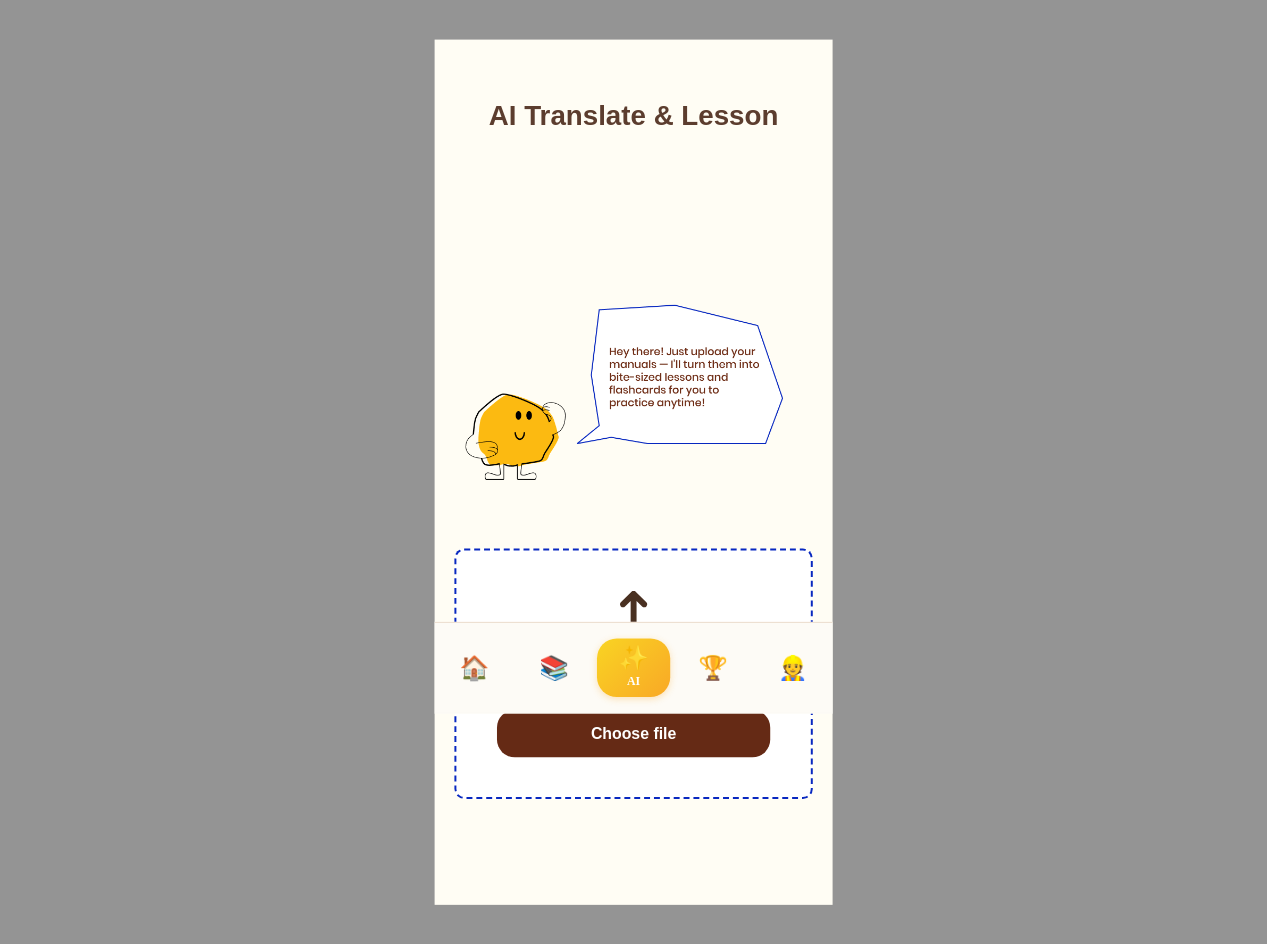
Repository: richelletiongson/Jargon_FrontendShowcase
Page: / (app in jargon_frontend/)
The author's editor kept a copy of each file at every save. The page is drawn from the files as they stood at one save, then again after the next save.
The browser window is 1280 px wide. The pictures show the whole page, at 99% of full size.
The project was rebuilt for these pictures with package versions that can differ from the ones it lists, and the page was loaded fresh each time. Also part of the build but not shown: jargon_frontend/vite.config.js, jargon_frontend/src/index.css, jargon_frontend/src/home_pages/Home.jsx, jargon_frontend/src/course_pages/Course.jsx, jargon_frontend/src/charts_pages/Charts.jsx, jargon_frontend/src/profile_pages/Profile.jsx.

Above is the page before, as saved 2025-10-22 15:34:38.

### jargon_frontend/index.html
<!doctype html>
<html lang="en">
  <head>
    <meta charset="UTF-8" />
    <link rel="icon" type="image/svg+xml" href="/vite.svg" />
    <meta name="viewport" content="width=device-width, initial-scale=1.0" />
    <title>jargon_frontend</title>
  </head>
  <body>
    <div id="root"></div>
    <script type="module" src="/src/main.jsx"></script>
  </body>
</html>

### jargon_frontend/src/App.jsx
import './App.css'
import NavBar from "./components/NavBar";
import { BrowserRouter, Routes, Route } from "react-router-dom";
import Home from "./home_pages/Home";
import Course from "./course_pages/Course";
import AI from "./ai_pages/AI";
import Charts from "./charts_pages/Charts";
import Profile from "./profile_pages/Profile";

function App() {
  return (
    <BrowserRouter>
            <div className='page'>
                <main className='main-content'>
                    <Routes>
                        <Route
                            path='/'
                            element={<AI />}
                        />
                        <Route
                            path='/home'
                            element={<Home />}
                        />
                        <Route
                            path='/course'
                            element={<Course />}
                        />
                        <Route
                            path='/ai'
                            element={<AI />}
                        />
                        <Route
                            path='/charts'
                            element={<Charts />}
                        />
                        <Route
                            path='/profile'
                            element={<Profile />}
                        />

                    </Routes>
                </main>
                <NavBar />
            </div>
        </BrowserRouter>
  )
}

export default App

### jargon_frontend/src/App.css
* {
  padding: 0;
  margin: 0;
}
main {
  background-color: #949494;
  padding: 0 0 80px 0;
}

### jargon_frontend/src/components/NavBar.jsx
import React from 'react';
import { Link, useLocation } from 'react-router-dom';
import './NavBar.css';

const NavBar = () => {
  const location = useLocation();

  return (
    <div className="bottom-nav">
      <Link to="/home" className={`nav-item ${location.pathname === '/home' ? 'active' : ''}`}>
        <div className="nav-icon">🏠</div>
      </Link>
      <Link to="/course" className={`nav-item ${location.pathname === '/course' ? 'active' : ''}`}>
        <div className="nav-icon">📚</div>
      </Link>
      <Link to="/" className={`nav-item ${location.pathname === '/' ? 'active' : ''}`}>
        <div className="nav-icon">✨</div>
        <span className="nav-text">AI</span>
      </Link>
      <Link to="/charts" className={`nav-item ${location.pathname === '/charts' ? 'active' : ''}`}>
        <div className="nav-icon">🏆</div>
      </Link>
      <Link to="/profile" className={`nav-item ${location.pathname === '/profile' ? 'active' : ''}`}>
        <div className="nav-icon">👷</div>
      </Link>
    </div>
  );
};

export default NavBar;

### jargon_frontend/src/ai_pages/AI.jsx
import React, { useState } from 'react';
import './AI.css';
import UploadIcon from '../assets/Upload_Icon.svg';
import RockyImage from '../assets/AI_Rocky.PNG';

const AI = () => {
  const [selectedFile, setSelectedFile] = useState(null);

  const handleFileChange = (event) => {
    const file = event.target.files[0];
    if (file) {
      setSelectedFile(file);
    }
  };

  return (
    <div className="ai-page">
              <h1 className="page-title">AI Translate & Lesson</h1>
      {/* Main Content */}
      <div className="main-content">
        <div className='rocky-container'>
          <img src={RockyImage} alt="Rocky" className="rocky-image" />
        </div>
        <div className="file-upload-container">
          <div className="file-upload-area">
            <img src={UploadIcon} alt="Upload" className="upload-icon" />
            <p className="upload-text">Upload your PDF file (max 50 MB)</p>
            <input
              type="file"
              id="file-input"
              accept=".pdf"
              onChange={handleFileChange}
              style={{ display: 'none' }}
            />
            <label htmlFor="file-input" className="choose-file-btn">
              Choose file
            </label>
            {selectedFile && (
              <p className="selected-file">Selected: {selectedFile.name}</p>
            )}
          </div>
        </div>
      </div>

    </div>
  );
};

export default AI;

### jargon_frontend/src/components/NavBar.css
/* Bottom Navigation Styles */
.bottom-nav {
  display: flex;
  justify-content: space-around;
  align-items: center;
  background-color: #FDFBF6;
  padding: 16px 0;
  width: 402px;
  border-top: 1px solid #E8D5C4;
  position: fixed;
  bottom: 0;
  left: 50%;
  transform: translateX(-50%);
  z-index: 100;
}

.nav-item {
  display: flex;
  flex-direction: column;
  align-items: center;
  gap: 4px;
  padding: 8px 12px;
  border-radius: 20px;
  transition: all 0.3s ease;
  cursor: pointer;
  min-width: 50px;
  text-decoration: none;
  color: inherit;
}

.nav-item:hover {
  background-color: #F5F0E8;
}

.nav-item.active {
  background: linear-gradient(135deg, #F9D423 0%, #F9A826 100%);
  color: white;
  box-shadow: 0 2px 8px rgba(249, 164, 38, 0.3);
}

.nav-icon {
  font-size: 24px;
  line-height: 1;
}

.nav-text {
  font-size: 12px;
  font-weight: 600;
  color: inherit;
}

.nav-item:not(.active) .nav-icon {
  color: #5C3D2E;
}

/* Responsive Design */
@media (max-width: 480px) {
  .nav-icon {
    font-size: 20px;
  }

  .nav-text {
    font-size: 10px;
  }
}

### jargon_frontend/src/home_pages/Home.css
/* Home Page Styles */
.home-page {
  min-height: 100vh;
  background-color: #FDFBF6;
  display: flex;
  flex-direction: column;
  font-family: -apple-system, BlinkMacSystemFont, 'Segoe UI', 'Roboto', sans-serif;
}

.status-bar {
  display: flex;
  justify-content: space-between;
  align-items: center;
  padding: 12px 20px;
  background-color: #FDFBF6;
  color: #5C3D2E;
  font-size: 16px;
  font-weight: 600;
}

.status-icons {
  display: flex;
  gap: 8px;
  font-size: 18px;
}

.main-content {
  flex: 1;
  padding: 40px 20px;
  display: flex;
  flex-direction: column;
  align-items: center;
  justify-content: center;
  text-align: center;
}

.page-title {
  font-size: 28px;
  font-weight: bold;
  color: #5C3D2E;
  margin-bottom: 20px;
}

.coming-soon {
  color: #5C3D2E;
  font-size: 18px;
  opacity: 0.7;
}

### jargon_frontend/src/course_pages/Course.css
/* Course Page Styles */
.course-page {
  min-height: 100vh;
  background-color: #FDFBF6;
  display: flex;
  flex-direction: column;
  font-family: -apple-system, BlinkMacSystemFont, 'Segoe UI', 'Roboto', sans-serif;
}

.status-bar {
  display: flex;
  justify-content: space-between;
  align-items: center;
  padding: 12px 20px;
  background-color: #FDFBF6;
  color: #5C3D2E;
  font-size: 16px;
  font-weight: 600;
}

.status-icons {
  display: flex;
  gap: 8px;
  font-size: 18px;
}

.main-content {
  flex: 1;
  padding: 40px 20px;
  display: flex;
  flex-direction: column;
  align-items: center;
  justify-content: center;
  text-align: center;
}

.page-title {
  font-size: 28px;
  font-weight: bold;
  color: #5C3D2E;
  margin-bottom: 20px;
}

.coming-soon {
  color: #5C3D2E;
  font-size: 18px;
  opacity: 0.7;
}

### jargon_frontend/src/ai_pages/AI.css
/* AI Page Styles */
.ai-page {
  min-height: 874px;
  width: 402px;
  background-color: #FFFDF4;
  display: flex;
  flex-direction: column;
  font-family: poppins, sans-serif;
  margin: 0;
  padding: 0;
}

/* Main Content */
.main-content {
  flex: 1;
  display: flex;
  flex-direction: column;
  align-items: center;
  justify-content: flex-start;
  text-align: center;
}

.page-title {
  font-size: 28px;
  font-weight: bold;
  color: #5C3D2E;
  margin: 0 0 40px 0;
  padding: 60px 20px 0 20px;
  line-height: 1.2;
}

.rocky-container {
  display: flex;
  justify-content: center;
  align-items: center;
  margin-bottom: 20px;
}

.rocky-image {
  width: 120%;
  max-width: 120%;
  height: auto;
  border-radius: 8px;
}

.file-upload-container {
  width: 100%;
  max-width: 400px;
  margin: 0 auto;
}

.file-upload-area {
  background-color: white;
  border: 2px dashed #0828C0;
  border-radius: 10px;
  padding: 40px 20px;
  display: flex;
  flex-direction: column;
  align-items: center;
  gap: 20px;
}

.upload-icon {
  width: 48px;
  height: 48px;
  color: #6F2E17;
  margin-bottom: 10px;
}

.upload-text {
  color: #5C3D2E;
  font-size: 16px;
  margin: 0;
  line-height: 1.4;
}

.choose-file-btn {
  background-color: #652A15;
  color: white;
  border-radius: 18px;
  border: none;
  font-size: 16px;
  font-weight: 600;
  display: flex;
  justify-content: center;
  align-items: center;
  width: 276px;
  height: 48px;
}

.selected-file {
  color: #5C3D2E;
  font-size: 14px;
  margin: 10px 0 0 0;
  font-style: italic;
}

### jargon_frontend/src/charts_pages/Charts.css
/* Charts Page Styles */
.charts-page {
  min-height: 100vh;
  background-color: #FDFBF6;
  display: flex;
  flex-direction: column;
  font-family: -apple-system, BlinkMacSystemFont, 'Segoe UI', 'Roboto', sans-serif;
}

.status-bar {
  display: flex;
  justify-content: space-between;
  align-items: center;
  padding: 12px 20px;
  background-color: #FDFBF6;
  color: #5C3D2E;
  font-size: 16px;
  font-weight: 600;
}

.status-icons {
  display: flex;
  gap: 8px;
  font-size: 18px;
}

.main-content {
  flex: 1;
  padding: 40px 20px;
  display: flex;
  flex-direction: column;
  align-items: center;
  justify-content: center;
  text-align: center;
}

.page-title {
  font-size: 28px;
  font-weight: bold;
  color: #5C3D2E;
  margin-bottom: 20px;
}

.coming-soon {
  color: #5C3D2E;
  font-size: 18px;
  opacity: 0.7;
}

### jargon_frontend/src/profile_pages/Profile.css
/* Profile Page Styles */
.profile-page {
  min-height: 100vh;
  background-color: #FDFBF6;
  display: flex;
  flex-direction: column;
  font-family: -apple-system, BlinkMacSystemFont, 'Segoe UI', 'Roboto', sans-serif;
}

.status-bar {
  display: flex;
  justify-content: space-between;
  align-items: center;
  padding: 12px 20px;
  background-color: #FDFBF6;
  color: #5C3D2E;
  font-size: 16px;
  font-weight: 600;
}

.status-icons {
  display: flex;
  gap: 8px;
  font-size: 18px;
}

.main-content {
  flex: 1;
  padding: 40px 20px;
  display: flex;
  flex-direction: column;
  align-items: center;
  justify-content: center;
  text-align: center;
}

.page-title {
  font-size: 28px;
  font-weight: bold;
  color: #5C3D2E;
  margin-bottom: 20px;
}

.coming-soon {
  color: #5C3D2E;
  font-size: 18px;
  opacity: 0.7;
}

Loaded but not shown: jargon_frontend/src/main.jsx (common file)

After the next save:
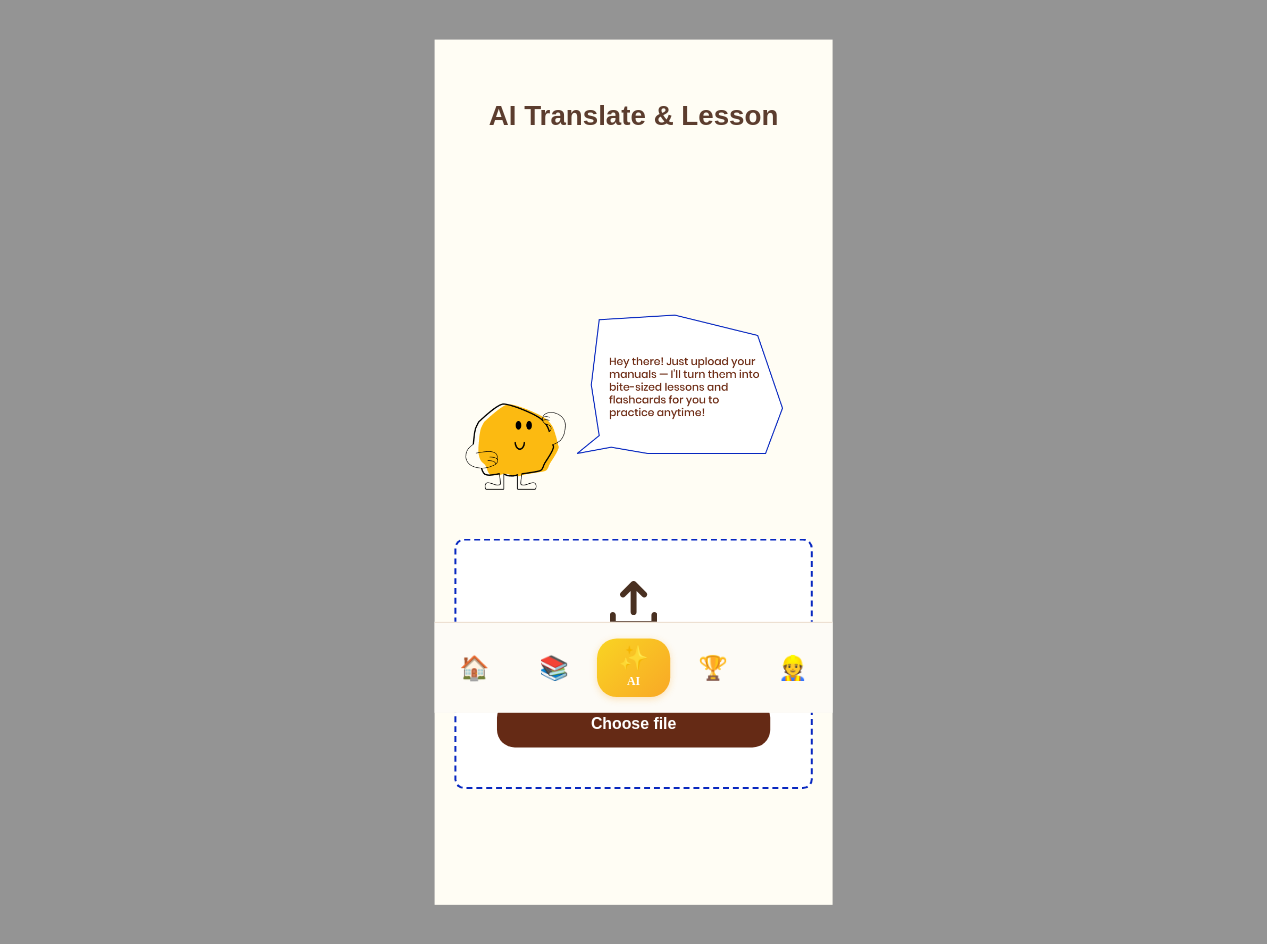
Saved 39 s later.
--- a/jargon_frontend/src/ai_pages/AI.css
+++ b/jargon_frontend/src/ai_pages/AI.css
@@ -33,7 +33,7 @@
   display: flex;
   justify-content: center;
   align-items: center;
-  margin-bottom: 20px;
+
 }
 
 .rocky-image {
